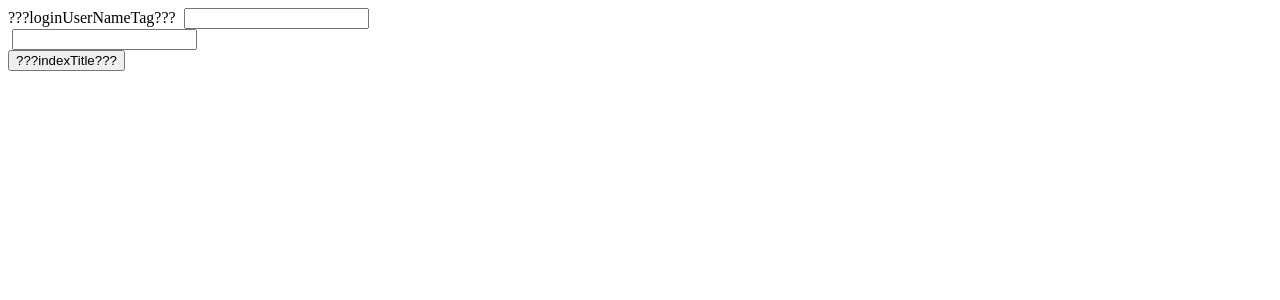
Repository: ocxz/spring
Page: http://localhost/93.SpringMVC_i18n/login.jsp
The author's editor kept a copy of each file at every save. The page is drawn from the files as they stood at one save, then again after the next save.
The browser window is 1280 px wide. The pictures show the whole page.
The page is served by Tomcat 9. Other server files are loaded and not shown.

Above is the page before, as saved 2019-12-09 08:42:38.

### Spring/代码/93.SpringMVC_i18n/src/main/webapp/login.jsp
<%@ page language="java" contentType="text/html; charset=UTF-8"
	pageEncoding="UTF-8"%>
<%@ taglib prefix="fmt" uri="http://java.sun.com/jsp/jstl/fmt"%>
<!DOCTYPE html>
<html>
<head>
<meta charset="UTF-8">
<title><fmt:message key="loginTile" /></title>
</head>
<body>
	<form action="" method="post">
		<fmt:message key="loginUserNameTag" />&nbsp; <input type="text" name="userName">
		<br /> ${loginPasswordTag }&nbsp;<input type="loginPasswordTag" name="pwd">
		<br /> <input type="submit" value="<fmt:message key="indexTitle" />">
	</form>
</body>
</html>

After the next save:
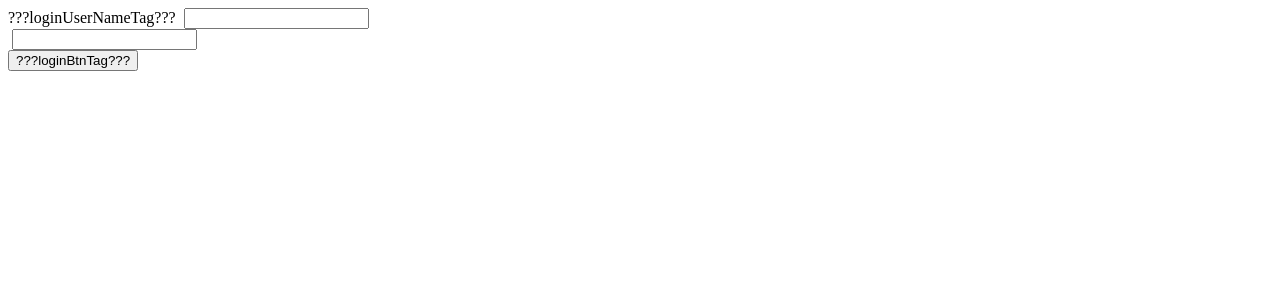
Saved 6 s later.
--- a/Spring/代码/93.SpringMVC_i18n/src/main/webapp/login.jsp
+++ b/Spring/代码/93.SpringMVC_i18n/src/main/webapp/login.jsp
@@ -11,7 +11,7 @@
 	<form action="" method="post">
 		<fmt:message key="loginUserNameTag" />&nbsp; <input type="text" name="userName">
 		<br /> ${loginPasswordTag }&nbsp;<input type="loginPasswordTag" name="pwd">
-		<br /> <input type="submit" value="<fmt:message key="indexTitle" />">
+		<br /> <input type="submit" value="<fmt:message key="loginBtnTag" />">
 	</form>
 </body>
 </html>
